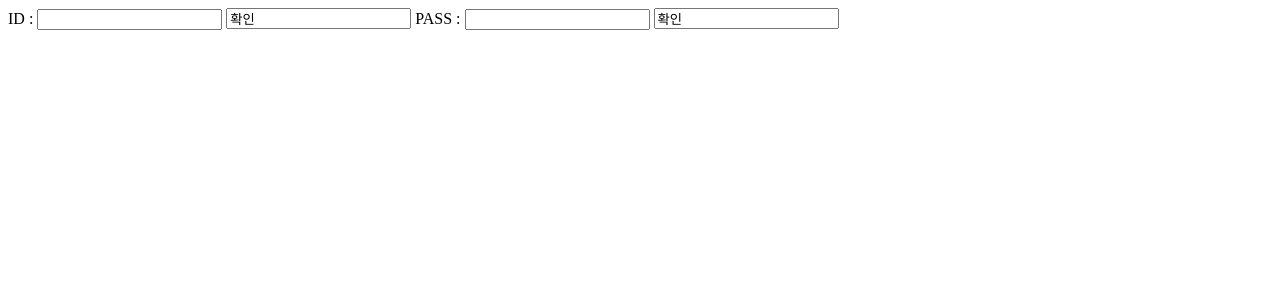
Repository: p2terkim/servletWork
Page: http://localhost/servletTest/basic/03_HW/cookieLogin.jsp
The author's editor kept a copy of each file at every save. The page is drawn from the files as they stood at one save, then again after the next save.
The browser window is 1280 px wide. The pictures show the whole page.
The page is served by Tomcat 9.

Above is the page before, as saved 2021-05-18 06:17:00.

After the next save:
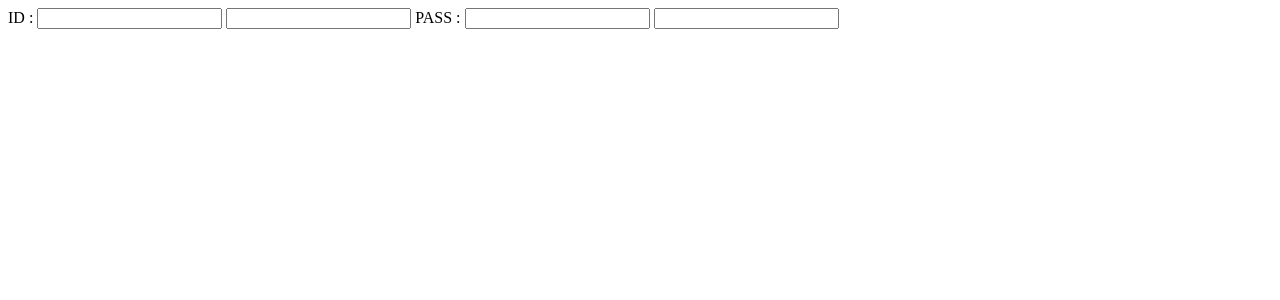
Saved 17 s later.
--- a/servletTest/WebContent/basic/03_HW/cookieLogin.jsp
+++ b/servletTest/WebContent/basic/03_HW/cookieLogin.jsp
@@ -10,10 +10,10 @@
 <form method = "post" action="/servletTest/ResponseTest01.do">
 	<div>
 		<label>ID : </label><input type="text" name = "username">
-		<input type = "text" value = "확인">
+		<input type = "text" >
 
 		<label>PASS : </label> <input type="text" name = "username">
-		<input type="text" value="확인">
+		<input type="text" >
 
 	</div>
 </form>
